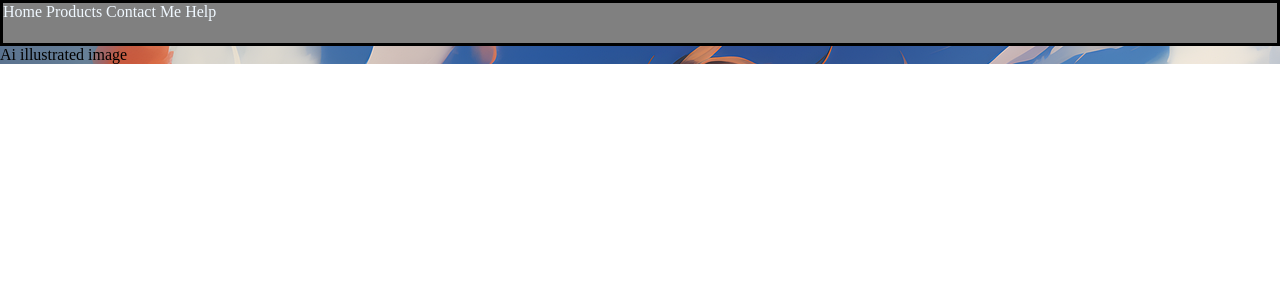
Repository: nihalani20/CSS-by-KG
Page: Practice set/Set-6/index.html
These files come from the project's save history. The page is drawn as it stood at one moment and after a run of saves; the edit follows.
The browser window is 1280 px wide. The pictures show the whole page.

Above is the page before, as saved 2023-11-27 15:57:38.

After the next 2 saves:
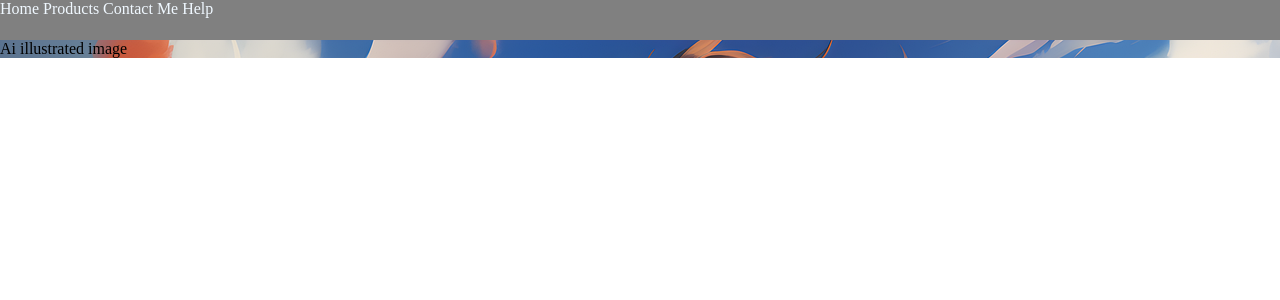
The 2 saves are shown as one change because they came seconds apart.
The last was saved 6 s later.
--- a/Practice set/Set-6/styles.css
+++ b/Practice set/Set-6/styles.css
@@ -13,7 +13,7 @@
    background-color:grey;
    height: 40px;
    border:solid
-
+   dis
 }
 
 
